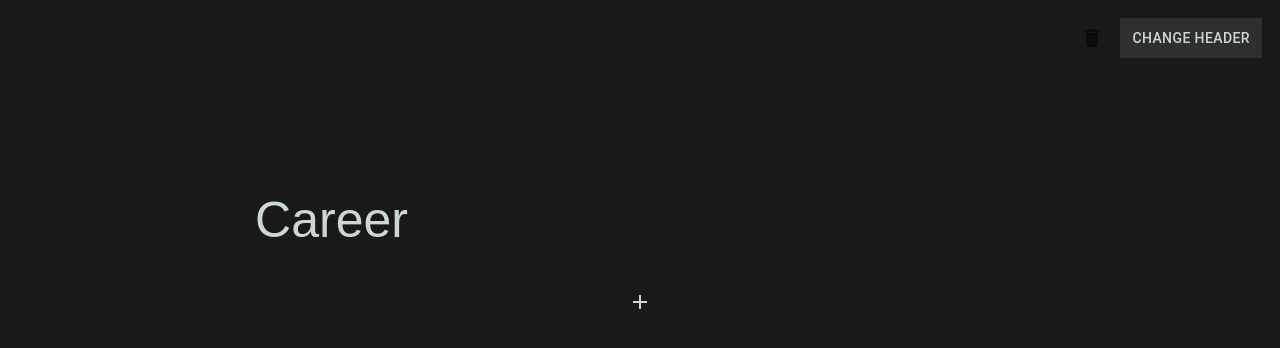
Repository: Armstrong2035/ikigai
Page: /board/bucket/default1 (app in Ikigai/ikigai/)
The author's editor kept a copy of each file at every save. The page is drawn from the files as they stood at one save, then again after the next save.
The browser window is 1280 px wide. The pictures show the whole page.
The page's requests for data from a server got no answer. The project was rebuilt for these pictures with package versions that can differ from the ones it lists, and the page was loaded fresh each time. The framework's server and built-in components were replaced by stand-ins that run in the browser. No one was signed in, and anything a server would have sent is missing. Also part of the build but not shown: Ikigai/ikigai/next.config.mjs, Ikigai/ikigai/components/board/Buckets/activities/Activity/Title.js, Ikigai/ikigai/components/board/Buckets/activities/Activity/Relationships.js, Ikigai/ikigai/components/board/Buckets/activities/Activity/AddRelationships.js, Ikigai/ikigai/components/board/Buckets/activities/Activity/Tasks/TaskTitle.js, Ikigai/ikigai/components/board/Buckets/activities/Activity/Tasks/Tasks.js, Ikigai/ikigai/components/board/Buckets/activities/Activity/Priority.js, Ikigai/ikigai/components/board/Buckets/activities/Activity/ActivityMenu.js and 6 more.

Above is the page before, as saved 2024-09-02 12:34:28.

### Ikigai/ikigai/src/app/layout.js
export const metadata = {
  title: "Ikigai",
  description:
    "Productivity app for people who juggle several interests and responsibilities",
};

export default function RootLayout({ children }) {
  return (
    <html lang="en">
      <body style={{ backgroundColor: "#191919" }}>{children}</body>
    </html>
  );
}

### Ikigai/ikigai/src/app/board/bucket/[id]/page.js
"use client";

import { useParams } from "next/navigation";
import boardStore from "../../../../../components/board/store";
import Bucket from "../../../../../components/board/Buckets/Bucket/Bucket";

export default function BucketPage() {
  const params = useParams();
  const id = decodeURIComponent(params.id);

  const buckets = boardStore((state) => state.buckets);
  const bucket = buckets.find((bucket) => bucket.id === id);

  console.log("Found bucket:", bucket);

  if (!bucket) {
    return <div>Bucket not found for ID: {id}</div>;
  }

  return <Bucket bucket={bucket} />;
}

### Ikigai/ikigai/components/board/store.js
import { create } from "zustand";
import { persist, createJSONStorage } from "zustand/middleware";

const boardStore = create(
  persist(
    (set) => ({
      buckets: [
        {
          id: "default1",
          title: "Career",
          headerImage: "",
          icon: "",
          color: "",
        },
        {
          id: "default2",
          title: "Learning",
          headerImage: "",
          icon: "",
          color: "",
        },
        {
          id: "default3",
          title: "Extracurriculars",
          headerImage: "",
          icon: "",
          color: "",
        },
      ],

      activities: [],
      tasks: [],
      relationships: [],
      checkedTasks: {},

      addBucket: (newBucket) =>
        set((state) => ({ buckets: [...state.buckets, newBucket] })),

      updateBucketTitle: (bucketId, newTitle) =>
        set((state) => ({
          buckets: state.buckets.map((bucket) =>
            bucket.id === bucketId ? { ...bucket, title: newTitle } : bucket
          ),
        })),

      updateBucketColor: (bucketId, newColor) =>
        set((state) => ({
          buckets: state.buckets.map((bucket) =>
            bucket.id === bucketId ? { ...bucket, color: newColor } : bucket
          ),
        })),

      updateBucketHeader: (bucketId, newHeader) =>
        set((state) => ({
          buckets: state.buckets.map((bucket) =>
            bucket.id === bucketId
              ? { ...bucket, headerImage: newHeader }
              : bucket
          ),
        })),

      addActivity: (bucketId, newActivity) =>
        set((state) => ({
          activities: [...state.activities, newActivity],
        })),

      editActivity: (activityId, updatedActivity) =>
        set((state) => ({
          activities: state.activities.map((activity) =>
            activity.id === activityId
              ? { ...activity, ...updatedActivity }
              : activity
          ),
        })),

      deleteActivity: (activityId) =>
        set((state) => {
          const updatedActivities = state.activities.filter(
            (activity) => activity.id !== activityId
          );
          const updatedTasks = state.tasks.filter(
            (task) => task.activityId !== activityId
          );
          const updatedRelationships = state.relationships.filter(
            (rel) =>
              rel.activity1Id !== activityId && rel.activity2Id !== activityId
          );

          return {
            activities: updatedActivities,
            tasks: updatedTasks,
            relationships: updatedRelationships,
          };
        }),

      addRelationship: (newRelationship) =>
        set((state) => ({
          relationships: [...state.relationships, newRelationship],
        })),

      removeRelationship: (relationshipId) =>
        set((state) => ({
          relationships: state.relationships.filter(
            (rel) => rel.id !== relationshipId
          ),
        })),

      setPriority: (activityId, priority) =>
        set((state) => ({
          activities: state.activities.map((activity) =>
            activity.id === activityId ? { ...activity, priority } : activity
          ),
        })),

      addTask: (newTask) =>
        set((state) => ({
          tasks: [...state.tasks, newTask],
        })),

      editTask: (taskId, updatedTask) =>
        set((state) => ({
          tasks: state.tasks.map((task) =>
            task.id === taskId ? { ...task, ...updatedTask } : task
          ),
        })),

      removeTask: (taskId) =>
        set((state) => ({
          tasks: state.tasks.filter((task) => task.id !== taskId),
        })),

      deleteCompletedTasks: () =>
        set((state) => ({
          tasks: state.tasks.filter((task) => !state.checkedTasks[task.id]),
          checkedTasks: Object.fromEntries(
            Object.entries(state.checkedTasks).filter(
              ([id, checked]) => !checked
            )
          ),
        })),

      toggleTaskCompletion: (taskId) =>
        set((state) => ({
          checkedTasks: {
            ...state.checkedTasks,
            [taskId]: !state.checkedTasks[taskId],
          },
        })),

      deleteBucket: (bucketId) =>
        set((state) => ({
          buckets: state.buckets.filter((bucket) => bucket.id !== bucketId),
        })),
    }),
    {
      name: "board-storage",
      storage: createJSONStorage(() => localStorage),
    }
  )
);

export default boardStore;

### Ikigai/ikigai/components/board/Buckets/Bucket/Bucket.js
import React from "react";
import Activities from "../activities/Activities";
import BucketHeader from "./BucketHeader/BucketHeader";
import boardStore from "../../store";
import BucketTitle from "./BucketTitle/BucketTitle";
import { Stack, Box, Grid } from "@mui/material";

export default function Bucket({ bucket }) {
  const updateBucketHeader = boardStore((state) => state.updateBucketHeader);

  return (
    <Box>
      <Grid
        container
        justifyContent={"center"}
        alignItems={"center"}
        spacing={4}
      >
        <Grid item lg={12} sm={12} xs={12}>
          <BucketHeader bucket={bucket} />
        </Grid>
        <Grid item lg={12} sm={12} xs={12}>
          <BucketTitle bucket={bucket} />
        </Grid>
        <Grid item lg={12} sm={12} xs={12}>
          <Activities bucket={bucket} />
        </Grid>
      </Grid>
    </Box>
  );
}

### Ikigai/ikigai/components/board/Buckets/activities/Activities.js
import React from "react";
import { IconButton, Typography, Stack, Grid, Container } from "@mui/material";
import AddIcon from "@mui/icons-material/Add";
import boardStore from "../../store";
import Activity from "./Activity/Activity";
import AddActivity from "./AddActivity";
import Masonry from "@mui/lab/Masonry";

export default function Activities({ bucket }) {
  const activities = boardStore((state) => state.activities);

  const activitiesToRender = activities.filter(
    (activity) => activity.bucketId === bucket.id
  );
  console.log(activities);

  return (
    <>
      <Container>
        <Stack alignItems={"center"}>
          <AddActivity bucketId={bucket.id} />

          <Masonry columns={{ xs: 1, sm: 2, md: 3 }} spacing={5}>
            {activitiesToRender.map((activity) => (
              <Activity
                key={activity.id}
                bucketId={bucket.id}
                activity={activity}
                bucket={bucket}
              />
            ))}
          </Masonry>
        </Stack>
        {/* <Grid container direction={"row"} spacing={5}>
          {activitiesToRender.map((activity) => (
            <Grid item lg={4} sm={4} key={activity.id}>
              <Activity
                key={activity.id}
                bucketId={bucket.id}
                activity={activity}
                bucket={bucket}
              />
            </Grid>
          ))}
        </Grid> */}
      </Container>
    </>
  );
}

### Ikigai/ikigai/components/board/Buckets/Bucket/BucketHeader/BucketHeader.js
import React, { useState } from "react";
import {
  Button,
  Dialog,
  DialogActions,
  DialogContent,
  DialogContentText,
  DialogTitle,
  IconButton,
  Box,
} from "@mui/material";
import HeaderSelectionModal from "./Images/HeaderSelectionModal";
import DeleteIcon from "@mui/icons-material/Delete";
import boardStore from "../../../store";
import Link from "next/link";

export default function BucketHeader({ bucket, onHeaderChange }) {
  const [isModalOpen, setIsModalOpen] = useState(false);

  const deleteBucket = boardStore((state) => state.deleteBucket);

  const openModal = () => setIsModalOpen(true);
  const closeModal = () => setIsModalOpen(false);

  return (
    <Box
      sx={{
        backgroundImage: bucket.headerImage.startsWith("linear-gradient")
          ? bucket.headerImage
          : `url(${bucket.headerImage})`,
        backgroundSize: "cover",
        backgroundPosition: "center",
        backgroundRepeat: "no-repeat",
        width: "100%",
        height: { xs: "100px", sm: "150px" }, // Adjust height for smaller screens
        position: "relative",
      }}
    >
      <Box
        sx={{
          position: "absolute",
          top: "10px",
          right: "10px",
          display: "flex",
          gap: 1, // Space between buttons
        }}
      >
        <Link href="/board">
          <IconButton onClick={() => deleteBucket(bucket.id)}>
            <DeleteIcon />
          </IconButton>
        </Link>
        <Button
          onClick={openModal}
          sx={{
            backgroundColor: "#2F2F2F",
            color: "#CBD6D6",
            borderRadius: "0px",
            padding: { xs: "4px 8px", sm: "6px 12px" }, // Adjust padding for smaller screens
            fontSize: { xs: "0.75rem", sm: "0.875rem" }, // Responsive font size
            "&:hover": {
              backgroundColor: "#2F2F2F", // Same hover color as the original
            },
            color: "#CBD6D6",
          }}
        >
          Change Header
        </Button>
      </Box>

      <Dialog
        open={isModalOpen}
        onClose={closeModal}
        maxWidth="lg"
        fullWidth
        sx={{
          "& .MuiDialog-paper": {
            width: { xs: "100%", sm: "80%" }, // Adjust dialog width for smaller screens
            maxHeight: "90vh", // Prevent the dialog from exceeding viewport height
            backgroundColor: "#191919",
            border: "1px solid white",
          },
        }}
      >
        <DialogTitle sx={{ color: "#CBD6D6" }}>Select Header Image</DialogTitle>
        <DialogContent>
          <HeaderSelectionModal bucket={bucket} />
        </DialogContent>
      </Dialog>
    </Box>
  );
}

### Ikigai/ikigai/components/board/Buckets/Bucket/BucketTitle/BucketTitle.js
"use client";
import React, { useState, useEffect } from "react"; // Added useEffect
import { useStore } from "zustand";
import boardStore from "../../../store";

export default function BucketTitle({ bucketId, bucket }) {
  const [title, setTitle] = useState(bucket.title);
  const updateBucketTitle = useStore(
    boardStore,
    (state) => state.updateBucketTitle
  );

  const handleTitleChange = (e) => {
    const newTitle = e.target.value;
    setTitle(newTitle);
    updateBucketTitle(bucket.id, newTitle); // Use newTitle instead of title
  };

  console.log(bucket);

  return (
    <>
      <input
        type="text"
        required
        value={title}
        onChange={handleTitleChange}
        placeholder={title}
        style={{
          border: "none",
          color: "#CBD6D6",
          backgroundColor: "#191919",
          fontSize: "50px",
          textAlign: "center",
        }}
      />
    </>
  );
}

### Ikigai/ikigai/components/board/Buckets/activities/AddActivity.js
"use client";
import React from "react";
import { useStore } from "zustand";
import { IconButton } from "@mui/material";
import AddIcon from "@mui/icons-material/Add";
import boardStore from "../../store";

export default function AddActivity({ bucketId }) {
  const addActivity = boardStore((state) => state.addActivity);

  const handleAddBucket = () => {
    const newActivity = {
      id: Date.now(),
      bucketId: bucketId,
      title: "New Activity",
      priority: ["high", "medium", "low"],
      tasks: [],
      relationships: [],
      stats: [],
    };
    addActivity(bucketId, newActivity);
  };

  return (
    <IconButton onClick={handleAddBucket}>
      <AddIcon sx={{ color: "#CBD6D6" }} />
    </IconButton>
  );
}

After the next save:
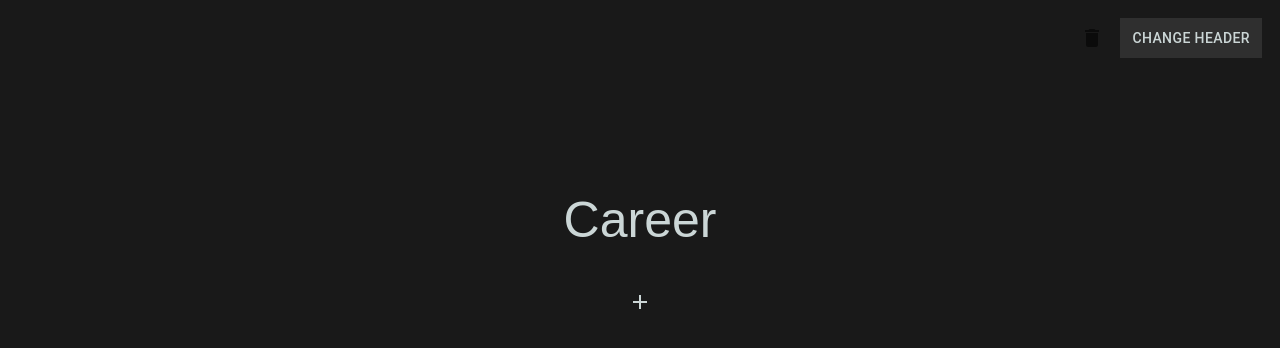
Saved 47 s later.
--- a/Ikigai/ikigai/components/board/Buckets/Bucket/Bucket.js
+++ b/Ikigai/ikigai/components/board/Buckets/Bucket/Bucket.js
@@ -3,29 +3,18 @@ import Activities from "../activities/Activities";
 import BucketHeader from "./BucketHeader/BucketHeader";
 import boardStore from "../../store";
 import BucketTitle from "./BucketTitle/BucketTitle";
-import { Stack, Box, Grid } from "@mui/material";
+import { Stack } from "@mui/material";
 
 export default function Bucket({ bucket }) {
   const updateBucketHeader = boardStore((state) => state.updateBucketHeader);
 
   return (
-    <Box>
-      <Grid
-        container
-        justifyContent={"center"}
-        alignItems={"center"}
-        spacing={4}
-      >
-        <Grid item lg={12} sm={12} xs={12}>
-          <BucketHeader bucket={bucket} />
-        </Grid>
-        <Grid item lg={12} sm={12} xs={12}>
-          <BucketTitle bucket={bucket} />
-        </Grid>
-        <Grid item lg={12} sm={12} xs={12}>
-          <Activities bucket={bucket} />
-        </Grid>
-      </Grid>
-    </Box>
+    <div>
+      <Stack justifyContent={"center"} alignItems={"center"} spacing={4}>
+        <BucketHeader bucket={bucket} />
+        <BucketTitle bucket={bucket} />
+        <Activities bucket={bucket} />
+      </Stack>
+    </div>
   );
 }
